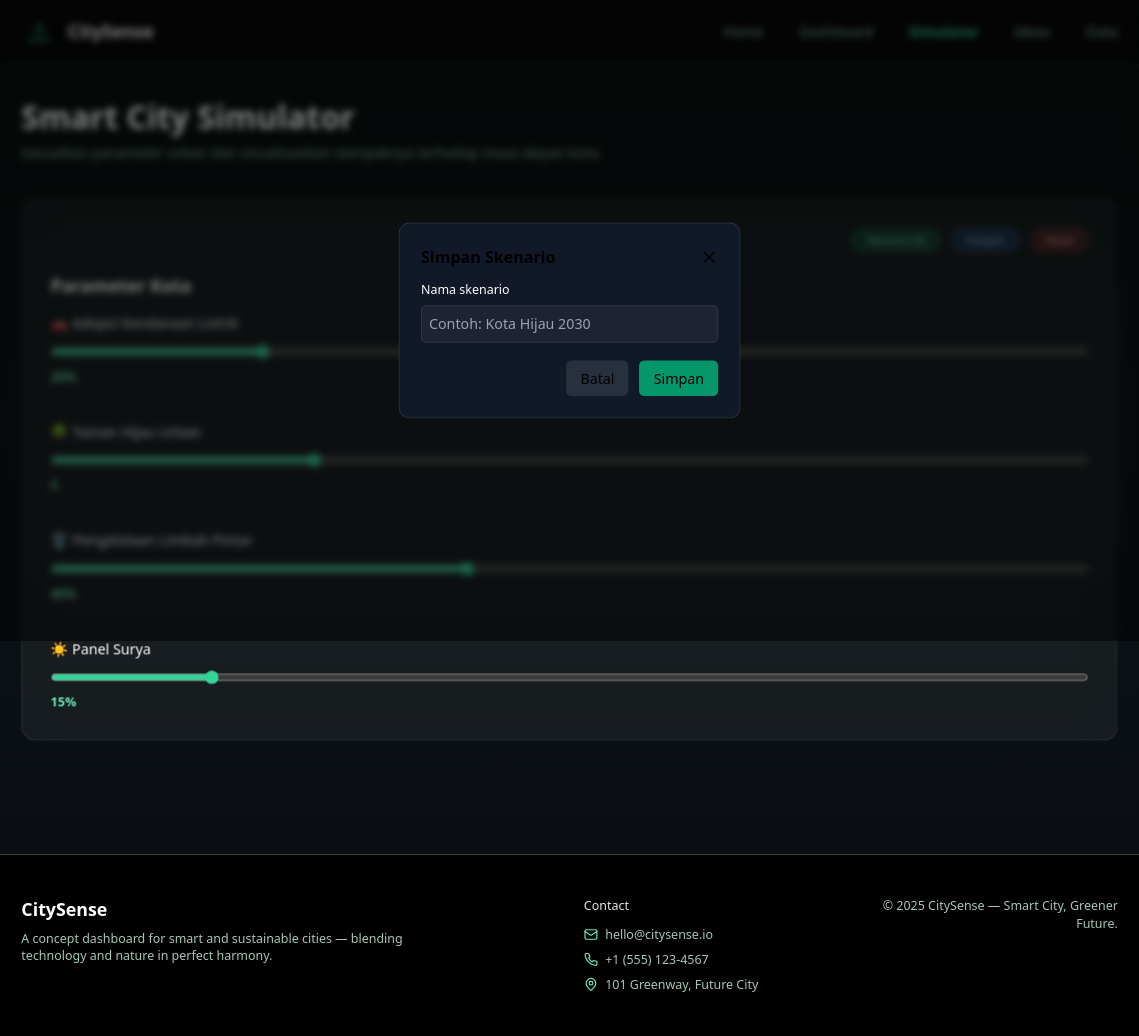
Repository: crashyet/CitySense
Page: /simulator, after clicking the first element matching `button.bg-blue-500\/20`
These files come from the project's save history. The page is drawn as it stood at one moment and after a run of saves; the edit follows.
The browser window is 1280 px wide. The pictures show the whole page, at 89% of full size.
The project was rebuilt for these pictures with package versions that can differ from the ones it lists, and the page was loaded fresh each time. Also part of the build but not shown: vite.config.js, src/pages/landing/Hero.jsx, src/pages/landing/DashboardPreview.jsx, src/pages/landing/Infographic.jsx, src/pages/landing/Community.jsx, src/pages/landing/index.jsx, src/components/EnergyPieChart.jsx, src/components/TrafficCongestionChart.jsx and 4 more.

Above is the page before, as saved 2025-11-18 19:35:51.

After the next 2 saves:
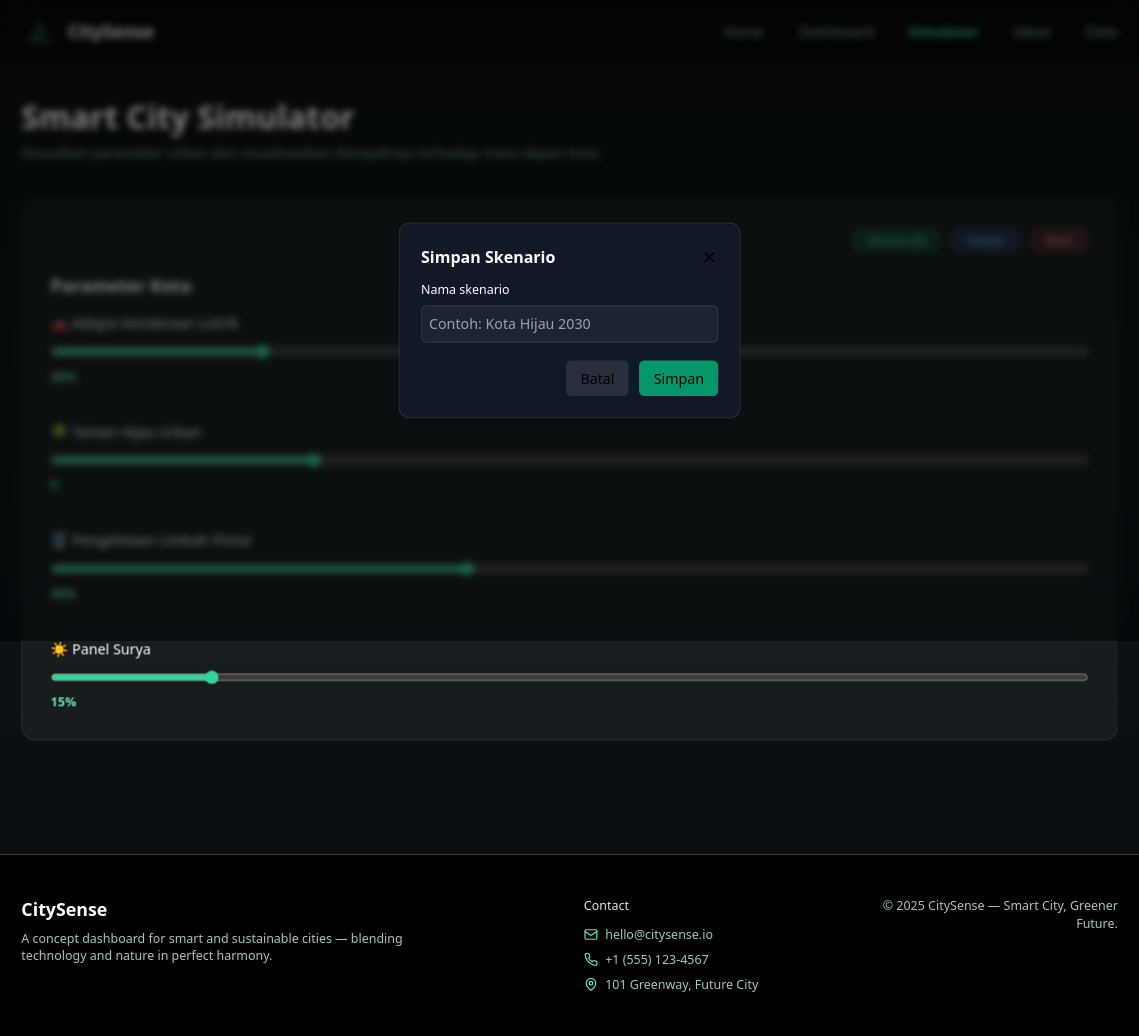
The 2 saves are shown as one change because they came seconds apart.
The last was saved 7 s later.
--- a/src/pages/Simulator/index.jsx
+++ b/src/pages/Simulator/index.jsx
@@ -225,7 +225,7 @@ export default function Simulator() {
           <div className="bg-[#111827] rounded-xl p-6 w-96 border border-white/10">
 
             <div className="flex justify-between items-center mb-3">
-              <h2 className="text-lg font-semibold">Simpan Skenario</h2>
+              <h2 className="text-lg font-semibold text-white">Simpan Skenario</h2>
               <button onClick={() => setShowSavePopup(false)}>
                 <X size={20} />
               </button>
